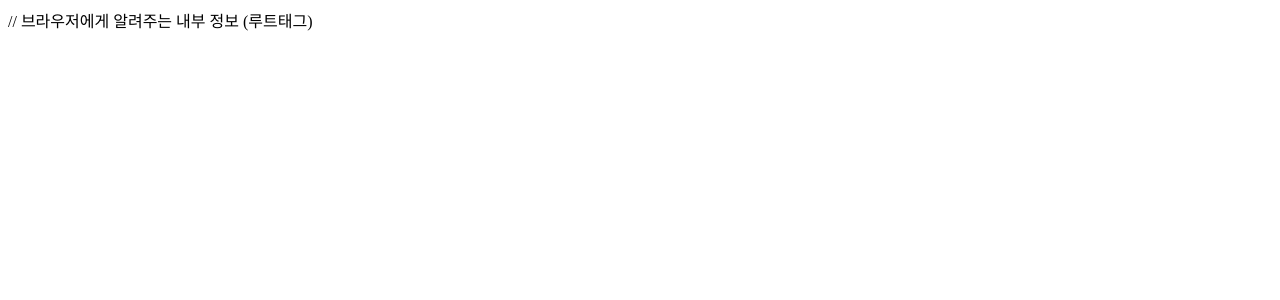
Repository: ssj5037/Class-Study
Page: [5] HTML, CSS, JavaScript/ClientTest/WebContent/Ex01.html
The author's editor kept a copy of each file at every save. The page is drawn from the files as they stood at one save, then again after the next save.
The browser window is 1280 px wide. The pictures show the whole page.

Above is the page before, as saved 2020-06-18 02:20:42.

After the next save:
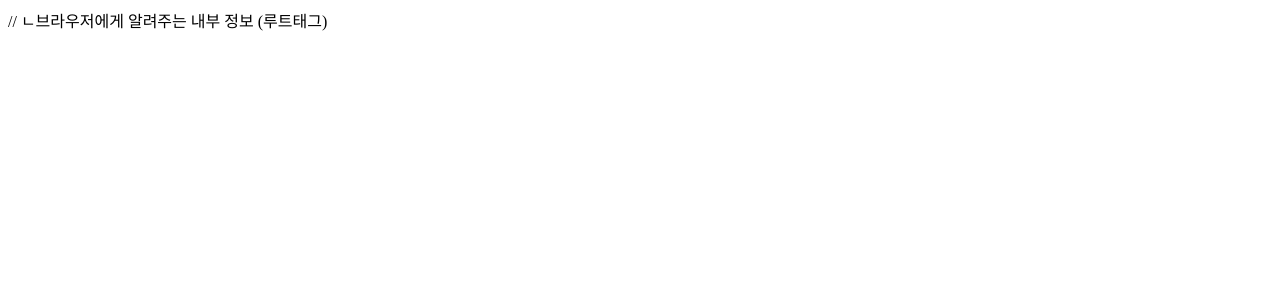
Saved 3 s later.
--- a/[5] HTML, CSS, JavaScript/ClientTest/WebContent/Ex01.html
+++ b/[5] HTML, CSS, JavaScript/ClientTest/WebContent/Ex01.html
@@ -1,5 +1,5 @@
 <!DOCTYPE html(루트태그) PUBLIC(공인/비공인) "-//W3C(단체명)//DTD HTML 4.01 Transitional(문법형식)//EN(언어)" "http://www.w3.org/TR/html4/loose.dtd"(상세정보위치)>
-// 브라우저에게 알려주는 내부 정보
+// ㄴ브라우저에게 알려주는 내부 정보
 <html> (루트태그)
 <head>
 <meta http-equiv="Content-Type" content="text/html; charset=UTF-8">
